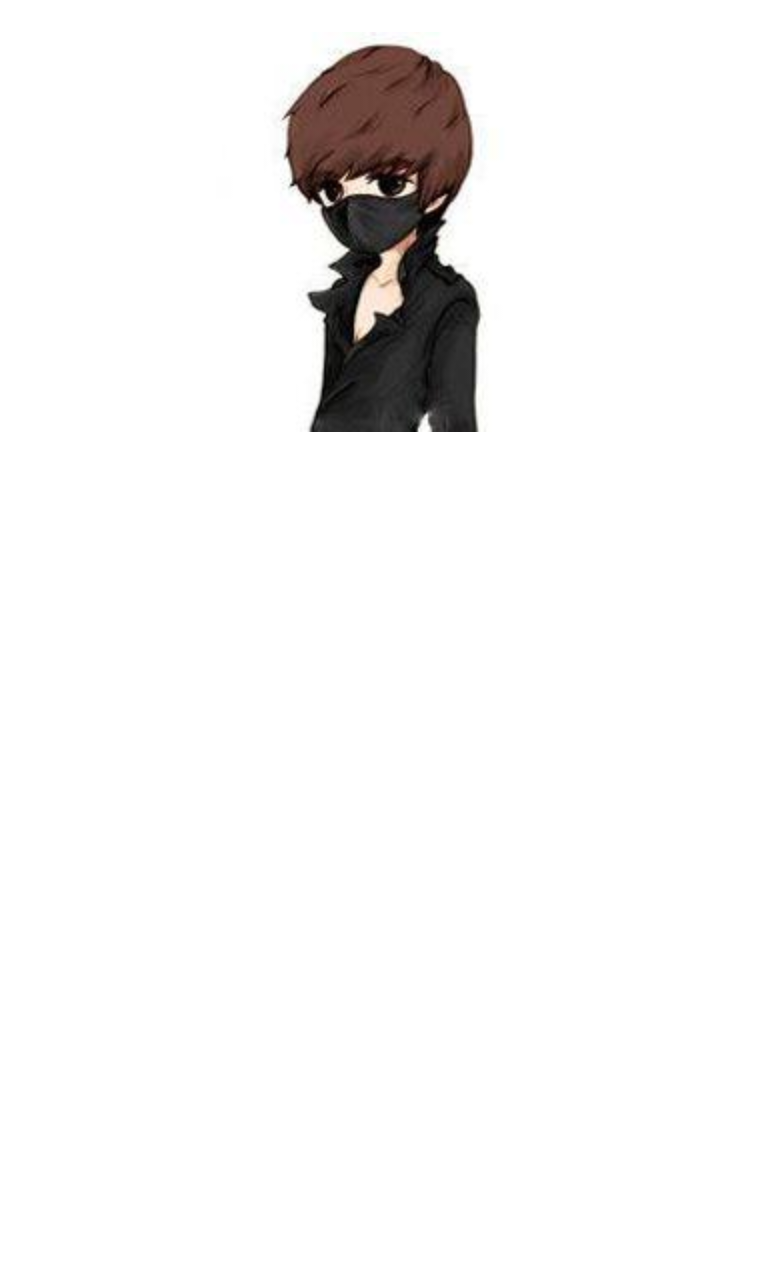
Repository: ShigerD/AndroidSample
Layout: Sample/Sample4/Sample4_10/Animation/res/layout/activity_main.xml
The author's editor kept a copy of each file at every save. The layout is drawn from the files as they stood at one save, then again after the next save.
It is drawn on a 768 x 1280 px phone screen (xhdpi) without system bars, with theme AppTheme; the app's code is not run.

Above is the layout before, as saved 2016-09-18 01:59:13.

After the next save:
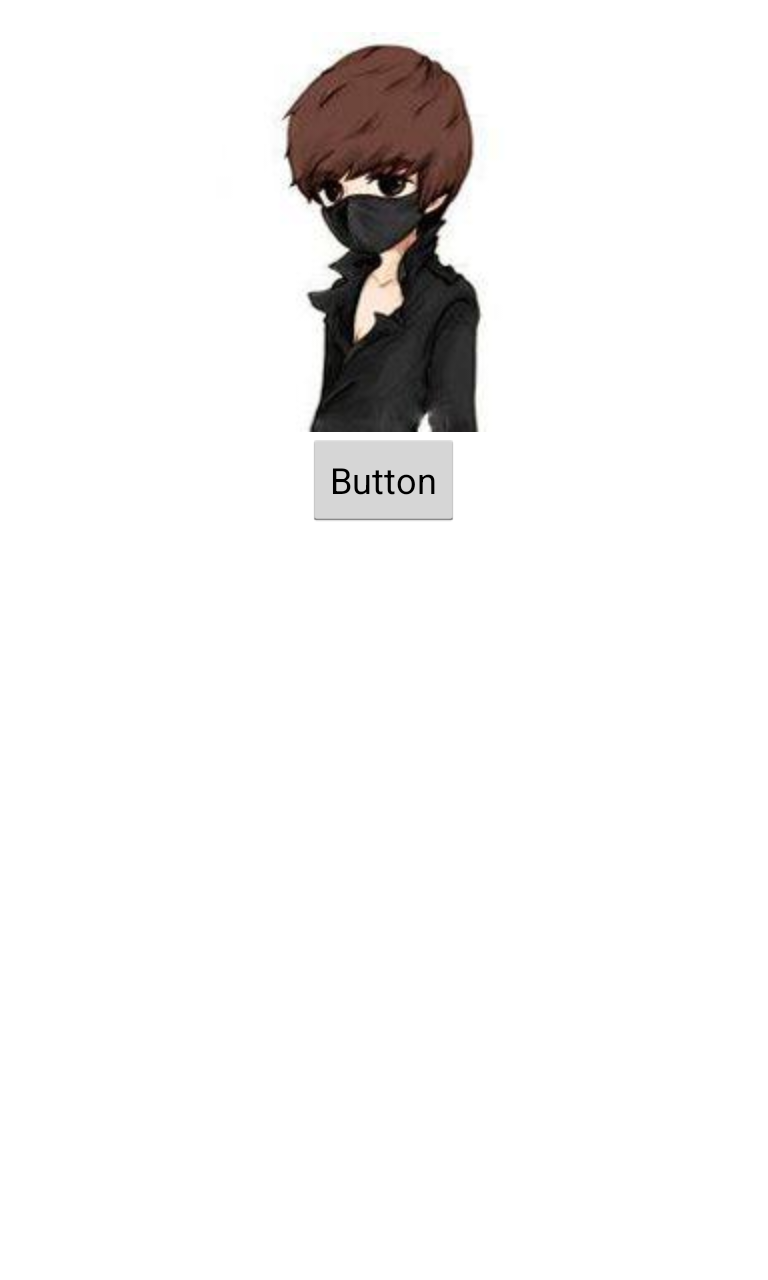
Saved 3 min 49 s later.
--- a/Sample/Sample4/Sample4_10/Animation/res/layout/activity_main.xml
+++ b/Sample/Sample4/Sample4_10/Animation/res/layout/activity_main.xml
@@ -21,6 +21,20 @@
             android:layout_height="wrap_content"
             android:src="@drawable/p2" />
 
+        <LinearLayout
+            android:layout_width="match_parent"
+            android:layout_height="wrap_content"
+            android:layout_gravity="center_horizontal"
+            android:gravity="center_horizontal" >
+
+            <Button
+                android:id="@+id/button1"
+                android:layout_width="wrap_content"
+                android:layout_height="wrap_content"
+                android:text="Button" />
+
+        </LinearLayout>
+
     </LinearLayout>
 
 </RelativeLayout>
